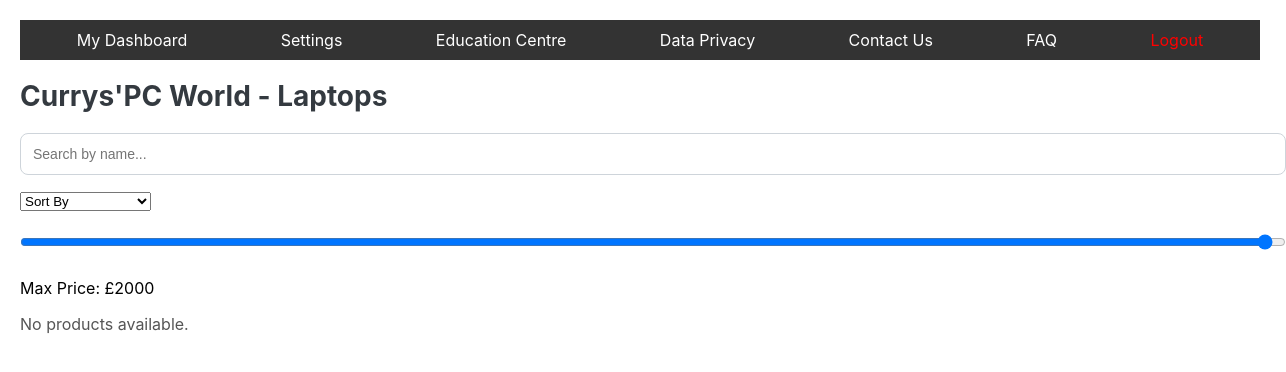
Repository: aab232/https---github.com-aab232-Deferred-Payment-Platform
Page: /main (app in frontend/)
The author's editor kept a copy of each file at every save. The page is drawn from the files as they stood at one save, then again after the next save.
The browser window is 1280 px wide. The page is 1286 px wide, so the pictures cover 1286 px, including what lies to the right of the window. The pictures show the whole page.
The page's requests for data from a server got no answer. The project was rebuilt for these pictures with package versions that can differ from the ones it lists, and the page was loaded fresh each time. No one was signed in, and anything a server would have sent is missing. Also part of the build but not shown: frontend/src/components/Home.js, frontend/src/components/Register.js, frontend/src/components/Login.js, frontend/src/components/BackButton.css, frontend/src/components/BackButton.js, frontend/src/components/Settings.js.

Above is the page before, as saved 2025-04-01 00:56:04.

### frontend/src/App.js
import React from 'react';
import { BrowserRouter as Router, Routes, Route } from 'react-router-dom';
import Home from './components/Home';
import Register from './components/Register';
import Login from './components/Login';
import Main from './components/Main';
import Settings from './components/Settings';

const App = () => {
  return (
    <Router>
      <Routes>
        <Route path="/" element={<Home />} />
        <Route path="/login" element={<Login />} />
        <Route path="/register" element={<Register />} />
        <Route path="/main" element={<Main />} />
        <Route path="/settings" element={<Settings />} />
      </Routes>
    </Router>
  );
};

export default App;

### frontend/src/components/Main.js
import React, { useState, useEffect } from 'react';
import { useNavigate } from 'react-router-dom';
import axios from 'axios';
import './Main.css';

const Main = () => {
  const [products, setProducts] = useState([]);
  const [filteredProducts, setFilteredProducts] = useState([]);
  const [searchTerm, setSearchTerm] = useState('');
  const [sortOption, setSortOption] = useState('');
  const [priceRange, setPriceRange] = useState([0, 2000]);
  const [selectedProduct, setSelectedProduct] = useState(null);
  const navigate = useNavigate();

  useEffect(() => {
    const fetchProducts = async () => {
      try {
        const response = await axios.get('http://localhost:5000/api/products');
        if (Array.isArray(response.data.products)) {
          setProducts(response.data.products);
          setFilteredProducts(response.data.products);
        }
      } catch (error) {
        console.error('Error fetching products:', error);
      }
    };
    fetchProducts();
  }, []);

  useEffect(() => {
    let updatedProducts = products.filter(product =>
      product.name.toLowerCase().includes(searchTerm.toLowerCase()) &&
      parseFloat(product.price.replace(/[^0-9.]/g, '')) >= priceRange[0] &&
      parseFloat(product.price.replace(/[^0-9.]/g, '')) <= priceRange[1]
    );

    if (sortOption === 'price-asc') {
      updatedProducts.sort((a, b) => parseFloat(a.price.replace(/[^0-9.]/g, '')) - parseFloat(b.price.replace(/[^0-9.]/g, '')));
    } else if (sortOption === 'price-desc') {
      updatedProducts.sort((a, b) => parseFloat(b.price.replace(/[^0-9.]/g, '')) - parseFloat(a.price.replace(/[^0-9.]/g, '')));
    } else if (sortOption === 'name') {
      updatedProducts.sort((a, b) => a.name.localeCompare(b.name));
    }

    setFilteredProducts(updatedProducts);
  }, [searchTerm, sortOption, priceRange, products]);

  return (
    <div className="main-container">
      <nav className="taskbar">
        <span className="tab" onClick={() => navigate('/dashboard')}>My Dashboard</span>
        <span className="tab" onClick={() => navigate('/settings')}>Settings</span>
        <span className="tab" onClick={() => navigate('/education')}>Education Centre</span>
        <span className="tab" onClick={() => navigate('/privacy')}>Data Privacy</span>
        <span className="tab" onClick={() => navigate('/contact')}>Contact Us</span>
        <span className="tab" onClick={() => navigate('/faq')}>FAQ</span>
        <span className="tab logout" onClick={() => navigate('/login')}>Logout</span>
      </nav>

      <h1>Currys'PC World - Laptops</h1>

      <div className="filters">
        <input type="text" placeholder="Search by name..." value={searchTerm} onChange={(e) => setSearchTerm(e.target.value)} />
        <select onChange={(e) => setSortOption(e.target.value)}>
          <option value="">Sort By</option>
          <option value="price-asc">Price: Low to High</option>
          <option value="price-desc">Price: High to Low</option>
          <option value="name">Name: A-Z</option>
        </select>
        <input type="range" min="0" max="2000" step="50" value={priceRange[1]} onChange={(e) => setPriceRange([0, Number(e.target.value)])} />
        <span>Max Price: £{priceRange[1]}</span>
      </div>

      <div className="products-container">
        {filteredProducts.length > 0 ? (
          filteredProducts.slice(0, 9).map((product, index) => (
            <div key={index} className="product-card" onClick={() => setSelectedProduct(product)}>
              <img src={product.img} alt={product.name} />
              <h3>{product.name}</h3>
              <p>{product.price}</p>
              <button>Add to Cart</button>
            </div>
          ))
        ) : (
          <p>No products available.</p>
        )}
      </div>

      {selectedProduct && (
        <div className="modal">
          <div className="modal-content">
            <span className="close" onClick={() => setSelectedProduct(null)}>&times;</span>
            <img src={selectedProduct.img} alt={selectedProduct.name} />
            <h2>{selectedProduct.name}</h2>
            <p>{selectedProduct.price}</p>
            <p><a href={selectedProduct.link} target="_blank" rel="noopener noreferrer">View on Argos</a></p>
            <button className="buy-now">Buy Now</button>
            <button className="add-to-cart">Add to Cart</button>
          </div>
        </div>
      )}
    </div>
  );
};

export default Main;

### frontend/src/components/Home.css
.container {
    display: flex;
    justify-content: center;
    align-items: center;
    height: 100vh; /* Full viewport height */
    background: linear-gradient(135deg, #252f3b, #252d3b); /* Elegant gradient */
  }

  .card {
    text-align: center;
    background: #fff;
    padding: 40px 60px;
    border-radius: 24px;
    box-shadow: 0 8px 32px rgba(0, 0, 0, 0.2);
    max-width: 350px;
    width: 100%;
  }

  h1 {
    margin-bottom: 16px;
    font-size: 28px;
    color: #252f3b;
  }

  p {
    margin-bottom: 32px;
    font-size: 16px;
    color: #555;
  }

  .button-group {
    display: flex;
    justify-content: space-between;
  }

  .btn {
    padding: 12px 24px;
    font-size: 16px;
    border: none;
    border-radius: 30px; /* Rounded buttons */
    cursor: pointer;
    transition: background 0.3s ease;
    color: white;
    background: #252f3b;
  }

  .btn:hover {
    background: #252f3b; /* Button hover effect */
  }

### frontend/src/components/Form.css
.container {
  display: flex;
  justify-content: center;
  align-items: center;
  height: 100vh;
  background: linear-gradient(200deg, #eff7f6, #F7D6E0);
}

.form-card {
  background: white;
  padding: 40px 60px;
  border-radius: 24px;
  box-shadow: 0 8px 32px rgba(0, 0, 0, 0.2);
  max-width: 400px;
  width: 100%;
  text-align: center;
}

h2 {
  color: #252f3b;
}

input {
  display: block;
  width: 100%;
  margin: 10px 0;
  padding: 12px;
  border: 1px solid #ddd;
  border-radius: 30px;
}

.btn {
  padding: 12px 24px;
  margin-top: 20px;
  border-radius: 30px;
  border: none;
  color: white;
  background: #6b212e;
  cursor: pointer;
}

.btn:hover {
  background: #a41b34;
}

.link {
  color: #6b212e;
  cursor: pointer;
}

### frontend/src/components/Main.css
.main-container {
  padding: 20px;
}

.taskbar {
  display: flex;
  justify-content: space-around;
  background: #333;
  padding: 10px;
  color: white;
}

.tab {
  cursor: pointer;
}

.logout {
  color: red;
}

.controls {
  margin: 20px 0;
}

.products-container {
  display: flex;
  flex-wrap: wrap;
  gap: 20px;
}

.product-card {
  width: 200px;
  border: 1px solid #ddd;
  padding: 10px;
  cursor: pointer;
}

.product-card img {
  width: 100%;
}

.product-modal {
  position: fixed;
  top: 0;
  left: 0;
  width: 100%;
  height: 100%;
  background: rgba(0, 0, 0, 0.5);
  display: flex;
  justify-content: center;
  align-items: center;
}

.modal-content {
  background: white;
  padding: 20px;
  width: 400px;
  text-align: center;
}

.close-button {
  cursor: pointer;
  font-size: 20px;
}

.buttons {
  margin-top: 10px;
}

.buttons button {
  margin: 5px;
}

### frontend/src/components/Settings.css
.settings-container {
  display: flex;
  flex-direction: column;
  align-items: center;
  padding: 40px 20px;
  background: #f8f9fa;
  min-height: 100vh;
}

h1 {
  color: #343a40;
  margin-bottom: 20px;
}

.menu {
  display: flex;
  gap: 20px;
  margin-bottom: 40px;
}

.menu button {
  padding: 10px 20px;
  border: none;
  border-radius: 8px;
  cursor: pointer;
  transition: background 0.3s ease;
  font-weight: bold;
  background: #007bff;
  color: white;
}

.menu .danger {
  background: #dc3545;
}

.menu button:hover {
  opacity: 0.8;
}

/* Dropdown styling */
.dropdown {
  display: flex;
  flex-direction: column;
  gap: 10px;
  margin-top: 20px;
}

.dropdown button {
  padding: 8px 16px;
  border: none;
  border-radius: 8px;
  background: #6c757d;
  color: white;
  cursor: pointer;
  transition: background 0.3s ease;
}

.dropdown button:hover {
  background: #495057;
}

/* Section Styling */
.section {
  width: 100%;
  max-width: 600px;
  background: white;
  padding: 30px;
  border-radius: 16px;
  box-shadow: 0 8px 24px rgba(0, 0, 0, 0.1);
  margin-top: 20px;
}

h2 {
  color: #495057;
  margin-bottom: 20px;
}

input {
  width: 100%;
  padding: 12px;
  margin-bottom: 15px;
  border: 1px solid #ced4da;
  border-radius: 8px;
  font-size: 14px;
}

button {
  padding: 12px 20px;
  border: none;
  border-radius: 8px;
  cursor: pointer;
  background: #28a745;
  color: white;
  font-weight: bold;
}

button:hover {
  opacity: 0.9;
}

.info {
  margin-top: 20px;
  color: #6c757d;
}

Loaded but not shown: frontend/public/index.html (common file); frontend/src/index.js (common file); frontend/src/index.css (common file)

After the next save:
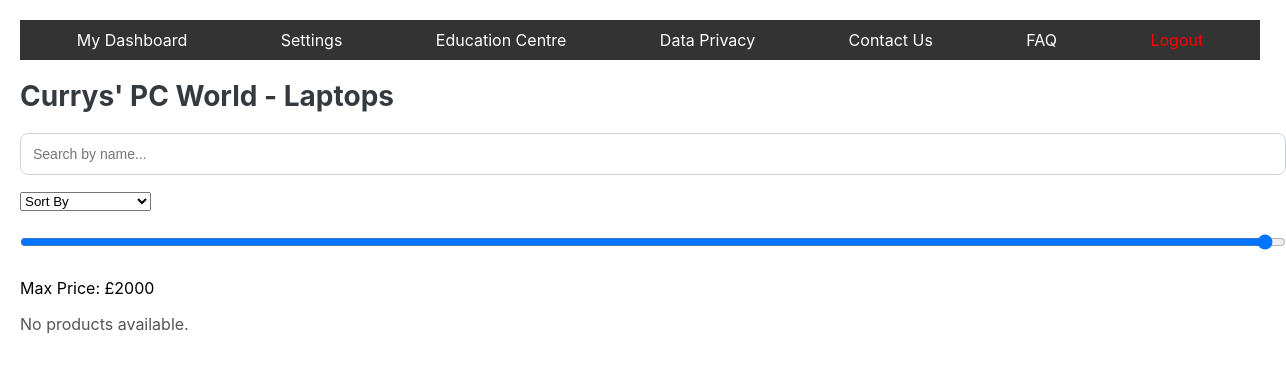
Saved 10 s later.
--- a/frontend/src/components/Main.js
+++ b/frontend/src/components/Main.js
@@ -57,7 +57,7 @@
         <span className="tab logout" onClick={() => navigate('/login')}>Logout</span>
       </nav>
 
-      <h1>Currys'PC World - Laptops</h1>
+      <h1>Currys' PC World - Laptops</h1>
 
       <div className="filters">
         <input type="text" placeholder="Search by name..." value={searchTerm} onChange={(e) => setSearchTerm(e.target.value)} />
